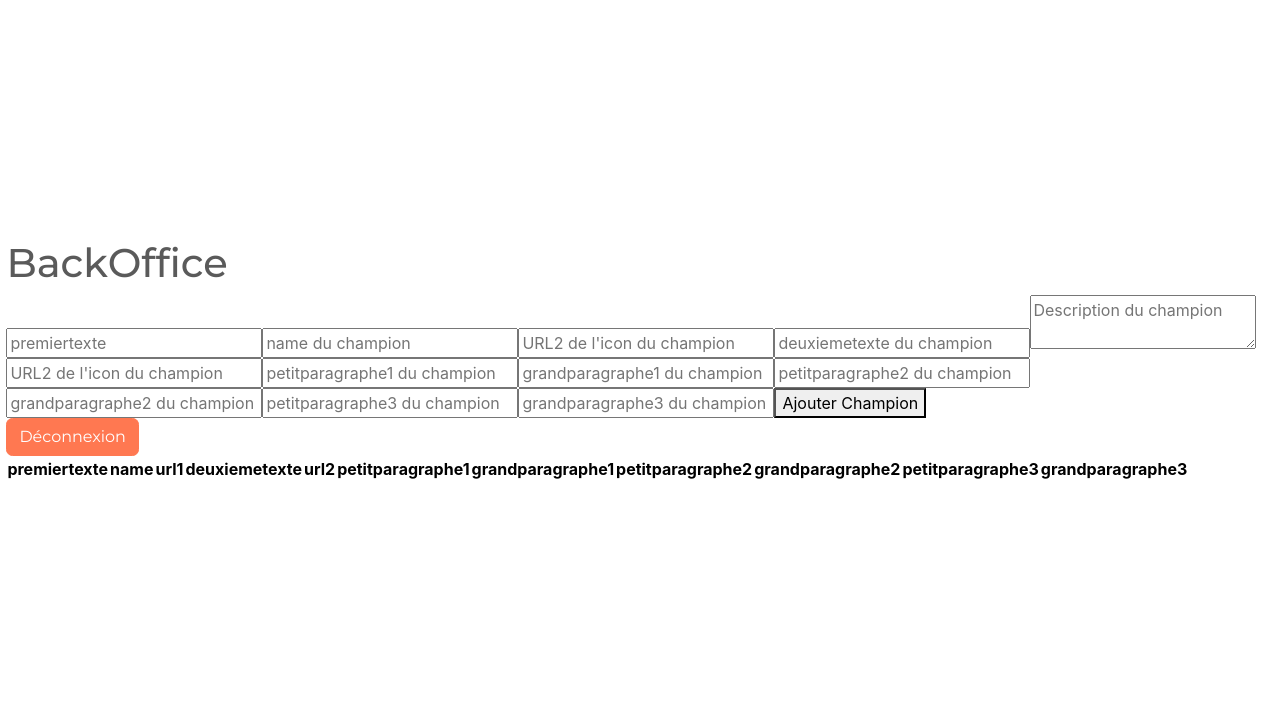
Repository: AdilGHAZAL/MosaiqueWebdoc
Page: /backoffice
These files come from the project's save history. The page is drawn as it stood at one moment and after the next save; the edit follows.
The browser window is 1280 px wide. The pictures show the whole page.
The page's requests for data from a server got no answer. Some web fonts or font styles are not loaded; a fallback is used. Some web libraries are served in a nearby version. The project was rebuilt for these pictures with package versions that can differ from the ones it lists, and the page was loaded fresh each time. No one was signed in, and anything a server would have sent is missing. Also part of the build but not shown: vite.config.js, src/App.css, src/components/Navbar.css, src/components/Navbar.jsx, src/components/Athletes.css, src/components/Athletes.jsx, src/components/Athletes2.jsx, src/components/Athletes3.jsx and 18 more.

Above is the page before, as saved 2024-05-02 18:55:45.

### index.html
<!doctype html>
<html lang="en">
  <head>
    <meta charset="UTF-8" />
    <link rel="icon" type="image/svg+xml" href="./src/logos/logoMosaique.svg" />
    <meta name="viewport" content="width=device-width, initial-scale=1.0" />
    <title>Mosaique</title>
    <link rel="preconnect" href="https://fonts.googleapis.com">
<link rel="preconnect" href="https://fonts.gstatic.com" crossorigin>
<link href="https://fonts.googleapis.com/css2?family=Mina:wght@400;700&display=swap" rel="stylesheet">
<link rel="stylesheet" href="https://cdn.jsdelivr.net/npm/bootswatch@4.5.2/dist/minty/bootstrap.min.css">
  </head>
  <body>
    <div id="root"></div>
    <script type="module" src="/src/main.jsx"></script>
  </body>
</html>

### src/App.jsx
// App.jsx
import React from 'react';
import { BrowserRouter as Router, Routes, Route} from 'react-router-dom';
import './App.css'; // Import the CSS file
import HomePage from './components/HomePage';
import Athlete1 from './Athelete1/Athlete1'; // Import the NouvellePage component
import LoginScreen from './LoginScreen';
import MainView from './backoffice';
import TrainingPage from './TrainingPage';
const App = () => {
    return (
        <Router>

                <Routes>
                    <Route path="/" element={<HomePage/>} />
                    <Route path="/Athlete1" element={<Athlete1/>} />
                    <Route path="/login" element={<LoginScreen/>  }/>
                    <Route path='/backoffice'element={<MainView/>}/>
                </Routes>

        </Router>
    );
};

export default App;

### src/index.css
:root {
  --rose: #E9257F

}

### src/backoffice.jsx
import React, { useState, useEffect } from 'react';
import { getFirestore, collection, addDoc, getDocs, deleteDoc, doc, updateDoc } from "firebase/firestore";
import { getAuth, signOut } from "firebase/auth";
import "./firebaseConfig"

export default function MainView() {
  const [champions, setChampions] = useState([]);
  const [championData, setChampionData] = useState({
    premiertexte: '',
    name: '',
    url1: '',
    deuxiemetexte: '',
    url2: '',
    petitparagraphe1: '',
    grandparagraphe1: '',
    petitparagraphe2: '',
    grandparagraphe2: '',
    petitparagraphe3: '',
    grandparagraphe3: '',
  });
  const [editingChampionId, setEditingChampionId] = useState(null);
  const auth = getAuth();
  const firestore = getFirestore();

  useEffect(() => {
    const fetchChampions = async () => {
      const championsSnapshot = await getDocs(collection(firestore, "champions"));
      const championsData = championsSnapshot.docs.map(doc => ({ id: doc.id, ...doc.data() }));
      setChampions(championsData);
    };

    fetchChampions();
  }, [firestore]);

  const handleInputChange = (e) => {
    const { name, value } = e.target;
    setChampionData({ ...championData, [name]: value });
  };

  const handleAddChampion = async (e) => {
    e.preventDefault();
    try {
      await addDoc(collection(firestore, "champions"), championData);
      console.log("Champion ajouté avec succès");
      // Réinitialiser les données du champion après l'ajout réussi
      setChampionData({
        premiertexte: '',
    name: '',
    url1: '',
    deuxiemetexte: '',
    url2: '',
    petitparagraphe1: '',
    grandparagraphe1: '',
    petitparagraphe2: '',
    grandparagraphe2: '',
    petitparagraphe3: '',
    grandparagraphe3: '',
      });
    } catch (error) {
      console.error("Erreur lors de l'ajout du champion :", error);
    }
  };


  const handleEditChampion = (champion) => {
    setEditingChampionId(champion.id);
    setChampionData({
        premiertexte: champion.premiertexte,
    name: champion.name,
    url1: champion.url1,
    deuxiemetexte: champion.deuxiemetexte,
    url2: champion.url2,
    petitparagraphe1: champion.petitparagraphe1,
    grandparagraphe1: champion.grandparagraphe1,
    petitparagraphe2: champion.petitparagraphe2,
    grandparagraphe2: champion.grandparagraphe2,
    petitparagraphe3: champion.petitparagraphe3,
    grandparagraphe3: champion.grandparagraphe3,
    });
  };

  const handleUpdateChampion = async () => {
    try {
      await updateDoc(doc(firestore, "champions", editingChampionId), {
        premiertexte: championData.premiertexte,
    name: championData.name,
    url1: championData.url1,
    deuxiemetexte: championData.deuxiemetexte,
    url2: championData.url2,
    petitparagraphe1: championData.petitparagraphe1,
    grandparagraphe1: championData.grandparagraphe1,
    petitparagraphe2: championData.petitparagraphe2,
    grandparagraphe2: championData.grandparagraphe2,
    petitparagraphe3: championData.petitparagraphe3,
    grandparagraphe3: championData.grandparagraphe3,
      });
      console.log("Champion mis à jour avec succès");
      // Mettre à jour le tableau des champions après la mise à jour
      const updatedChampions = champions.map(champion => {
        if (champion.id === editingChampionId) {
          return {
            ...champion,
            premiertexte: championData.premiertexte,
    name: championData.name,
    url1: championData.url1,
    deuxiemetexte: championData.deuxiemetexte,
    url2: championData.url2,
    petitparagraphe1: championData.petitparagraphe1,
    grandparagraphe1: championData.grandparagraphe1,
    petitparagraphe2: championData.petitparagraphe2,
    grandparagraphe2: championData.grandparagraphe2,
    petitparagraphe3: championData.petitparagraphe3,
    grandparagraphe3: championData.grandparagraphe3,
          };
        }
        return champion;
      });
      setChampions(updatedChampions);
      // Réinitialiser les données du champion après la mise à jour réussie
      setChampionData({
        premiertexte: '',
    name: '',
    url1: '',
    deuxiemetexte: '',
    url2: '',
    petitparagraphe1: '',
    grandparagraphe1: '',
    petitparagraphe2: '',
    grandparagraphe2: '',
    petitparagraphe3: '',
    grandparagraphe3: '',
      });
      setEditingChampionId(null);
    } catch (error) {
      console.error("Erreur lors de la mise à jour du champion :", error);
    }
  };

  const handleDeleteChampion = async (id) => {
    try {
      await deleteDoc(doc(firestore, "champions", id));
      console.log("Champion supprimé avec succès");
      // Mettre à jour la liste des champions après la suppression
      setChampions(champions.filter(champion => champion.id !== id));
    } catch (error) {
      console.error("Erreur lors de la suppression du champion :", error);
    }
  };

  const handleSignOut = () => {
    signOut(auth)
      .then(() => {
        console.log("Déconnexion réussie");
        // Naviguer vers la pweight de connexion après la déconnexion
      })
      .catch((error) => {
        console.error("Erreur lors de la déconnexion :", error);
      });
  };

  return (
    <>
    <div style={{width:'99vw'}}>
      <h1>BackOffice</h1>
      <form onSubmit={editingChampionId ? handleUpdateChampion : handleAddChampion}>
        <input type="text" name="premiertexte" value={championData.premiertexte} onChange={handleInputChange} placeholder="premiertexte" required />
        <input type="text" name="name" value={championData.name} onChange={handleInputChange} placeholder="name du champion" required />
        <input type="url" name="url1" value={championData.url1} onChange={handleInputChange} placeholder="URL2 de l'icon du champion" required />
        <input type="text" name="deuxiemetexte" value={championData.deuxiemetexte} onChange={handleInputChange} placeholder="deuxiemetexte du champion" required />
        <textarea name="description" value={championData.description} onChange={handleInputChange} placeholder="Description du champion" required />
        <input type="url" name="url2" value={championData.url2} onChange={handleInputChange} placeholder="URL2 de l'icon du champion" />
        <input type="text" name="petitparagraphe1" value={championData.petitparagraphe1} onChange={handleInputChange} placeholder="petitparagraphe1 du champion" required />
        <input type="text" name="grandparagraphe1" value={championData.grandparagraphe1} onChange={handleInputChange} placeholder="grandparagraphe1 du champion" required />
        <input type="text" name="petitparagraphe2" value={championData.petitparagraphe2} onChange={handleInputChange} placeholder="petitparagraphe2 du champion" required />
        <input type="text" name="grandparagraphe2" value={championData.grandparagraphe2} onChange={handleInputChange} placeholder="grandparagraphe2 du champion" required />
        <input type="text" name="petitparagraphe3" value={championData.petitparagraphe3} onChange={handleInputChange} placeholder="petitparagraphe3 du champion" required />
        <input type="text" name="grandparagraphe3" value={championData.grandparagraphe3} onChange={handleInputChange} placeholder="grandparagraphe3 du champion" required />
        <button type="submit">{editingChampionId ? "Mettre à jour Champion" : "Ajouter Champion"}</button>
      </form>
      <button className='btn btn-danger' title='Déconnexion' onClick={handleSignOut}>Déconnexion</button>

      <table>
        <thead>
          <tr>
          <th>premiertexte</th>
            <th>name</th>
            <th>url1</th>
            <th>deuxiemetexte</th>
            <th>url2</th>
            <th>petitparagraphe1</th>
            <th>grandparagraphe1</th>
            <th>petitparagraphe2</th>
            <th>grandparagraphe2</th>
            <th>petitparagraphe3</th>
            <th>grandparagraphe3</th>
          </tr>
        </thead>
        <tbody>
          {champions.map((champion) => (
            <tr key={champion.id}>
              <td>{champion.premiertexte}</td>
              <td>{champion.name}</td>
              <td>{champion.url1}</td>
              <td>{champion.deuxiemetexte}</td>
              <td>{champion.url2}</td>
              <td>{champion.petitparagraphe1}</td>
              <td>{champion.grandparagraphe1}</td>
              <td>{champion.petitparagraphe2}</td>
              <td>{champion.grandparagraphe2}</td>
              <td>{champion.petitparagraphe3}</td>
              <td>{champion.grandparagraphe3}</td>
              <td>
                <button onClick={() => handleDeleteChampion(champion.id)}>Supprimer</button>
                <button onClick={() => handleEditChampion(champion)}>Modifier</button>
              </td>
            </tr>
          ))}
        </tbody>
      </table>
      </div>
    </>
  );
}

### src/components/HomePage.css
/* App.css */
body {
    margin: 0;
    background-color: #ffffff;
    color: #000000;
    display: flex;
    flex-direction: column;
    align-items: center;
    justify-content: center;
    min-height: 100vh;

  }

  .app-container {
      font-family: "SF Pro Display-Medium", Helvetica;
    width: 100vw;
    height: 100%;
    min-height: 100vh;
    /*  background-image: url('./assets/ub1.png');*/
    display: flex;
    flex-direction: column;
    margin: auto;
    background-color: #ffffff;
  }

  .main-title {
    font-family: 'SF Pro Display', sans-serif;
    font-size: 70px;
    font-weight: 500;
    line-height: 83.54px;
    text-align: center;
    margin-top: 100px;
  }

  .bold-text {
    font-weight: 700;
  }

  .content {
    padding: 20px;
    width: 100%;
    max-width: 1200px;
    margin: auto;

  }

  .UBimage {
    width: auto;
  }

  .bottom-text {
    font-size: 18px;
    text-align: center;
    margin-top: 30px;
  }
  .scroll-reveal > * {
    /* text-align: justify; */
    display: inline;
    color:hsl(0deg 22.14% 64.8% / 20%);
    font-size: 60px;
    font-weight: 500;
    background-clip: text;
    background-repeat: no-repeat;
    background-size: 0% 100%;
    background-image: linear-gradient( #E9257F, #ce1f71 );
    animation: scroll-reveal linear forwards;
    animation-timeline: view();
  }

  .scroll-text {

    text-align: justify;
  }
  @keyframes scroll-reveal {
    to {
      background-size: 100% 100%;
    }
  }
  .scroll-reveal p {
    /* font-family: SF Pro Display; */


  }

  .scrollPhotos {
    display: flex;
    justify-content: flex-start; /* Align photos to the maximum left */
    width: 100%;
    overflow-x: auto; /* Enable horizontal scrolling if photos exceed container width */
    padding: 20px 0; /* Optional padding */
  }

### src/firebaseConfig.jsx
// Import the functions you need from the SDKs you need
import { initializeApp } from "firebase/app";
import { getAuth } from "firebase/auth";
import { getFirestore } from "firebase/firestore";
// TODO: Add SDKs for Firebase products that you want to use
// https://firebase.google.com/docs/web/setup#available-libraries

// Your web app's Firebase configuration
const firebaseConfig = {
  apiKey: "AIzaSyAUMnE3uMe61y8NbS4tX2Nn4PoW8VoGS0U",
  authDomain: "webdoc-a4a03.firebaseapp.com",
  projectId: "webdoc-a4a03",
  storageBucket: "webdoc-a4a03.appspot.com",
  messagingSenderId: "931293814028",
  appId: "1:931293814028:web:5bc01cfec675ae5bf27d29"
};

// Initialize Firebase
export const FIREBASE_APP = initializeApp(firebaseConfig);
export const FIREBASE_AUTH=getAuth(FIREBASE_APP)
export const db=getFirestore(FIREBASE_APP)

Loaded but not shown: src/main.jsx (common file)

After the next save:
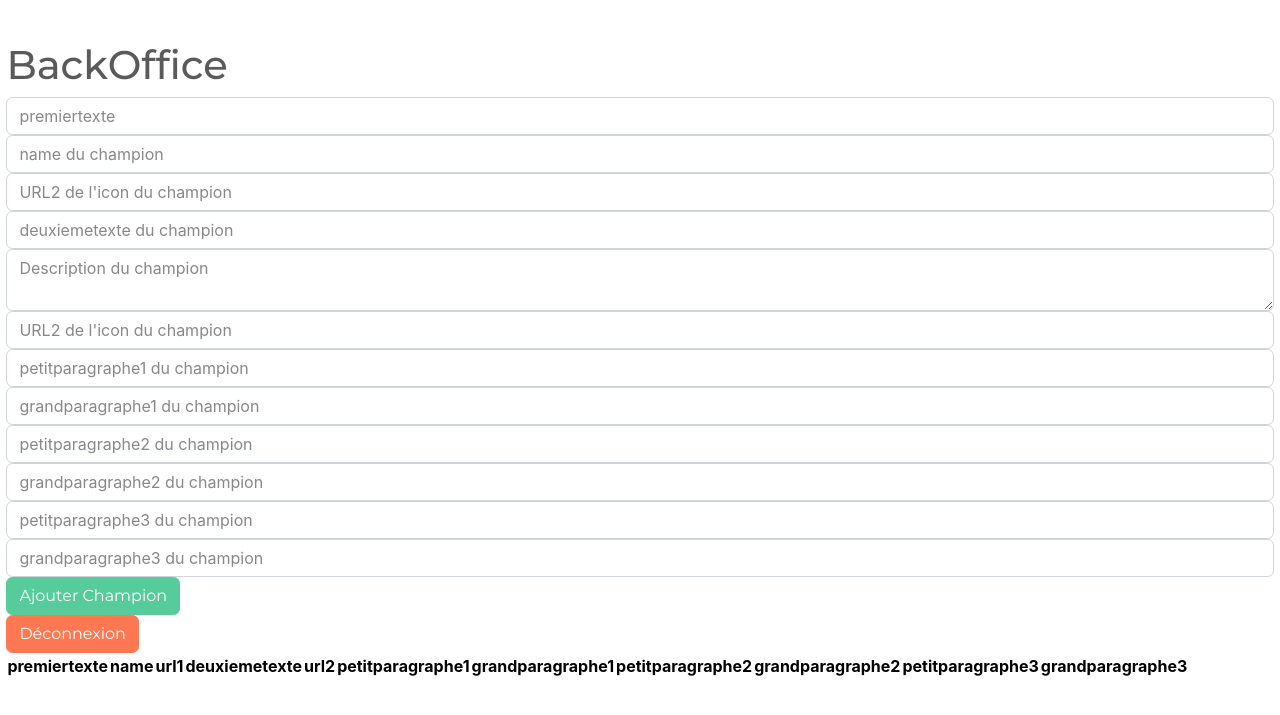
Saved 2 min 1 s later.
--- a/src/backoffice.jsx
+++ b/src/backoffice.jsx
@@ -163,19 +163,19 @@ export default function MainView() {
     <div style={{width:'99vw'}}>
       <h1>BackOffice</h1>
       <form onSubmit={editingChampionId ? handleUpdateChampion : handleAddChampion}>
-        <input type="text" name="premiertexte" value={championData.premiertexte} onChange={handleInputChange} placeholder="premiertexte" required />
-        <input type="text" name="name" value={championData.name} onChange={handleInputChange} placeholder="name du champion" required />
-        <input type="url" name="url1" value={championData.url1} onChange={handleInputChange} placeholder="URL2 de l'icon du champion" required />
-        <input type="text" name="deuxiemetexte" value={championData.deuxiemetexte} onChange={handleInputChange} placeholder="deuxiemetexte du champion" required />
-        <textarea name="description" value={championData.description} onChange={handleInputChange} placeholder="Description du champion" required />
-        <input type="url" name="url2" value={championData.url2} onChange={handleInputChange} placeholder="URL2 de l'icon du champion" />
-        <input type="text" name="petitparagraphe1" value={championData.petitparagraphe1} onChange={handleInputChange} placeholder="petitparagraphe1 du champion" required />
-        <input type="text" name="grandparagraphe1" value={championData.grandparagraphe1} onChange={handleInputChange} placeholder="grandparagraphe1 du champion" required />
-        <input type="text" name="petitparagraphe2" value={championData.petitparagraphe2} onChange={handleInputChange} placeholder="petitparagraphe2 du champion" required />
-        <input type="text" name="grandparagraphe2" value={championData.grandparagraphe2} onChange={handleInputChange} placeholder="grandparagraphe2 du champion" required />
-        <input type="text" name="petitparagraphe3" value={championData.petitparagraphe3} onChange={handleInputChange} placeholder="petitparagraphe3 du champion" required />
-        <input type="text" name="grandparagraphe3" value={championData.grandparagraphe3} onChange={handleInputChange} placeholder="grandparagraphe3 du champion" required />
-        <button type="submit">{editingChampionId ? "Mettre à jour Champion" : "Ajouter Champion"}</button>
+        <input className='form-control' type="text" name="premiertexte" value={championData.premiertexte} onChange={handleInputChange} placeholder="premiertexte" required />
+        <input className='form-control' type="text" name="name" value={championData.name} onChange={handleInputChange} placeholder="name du champion" required />
+        <input className='form-control' type="url" name="url1" value={championData.url1} onChange={handleInputChange} placeholder="URL2 de l'icon du champion" required />
+        <input className='form-control' type="text" name="deuxiemetexte" value={championData.deuxiemetexte} onChange={handleInputChange} placeholder="deuxiemetexte du champion" required />
+        <textarea className='form-control' name="description" value={championData.description} onChange={handleInputChange} placeholder="Description du champion" required />
+        <input className='form-control' type="url" name="url2" value={championData.url2} onChange={handleInputChange} placeholder="URL2 de l'icon du champion" />
+        <input className='form-control' type="text" name="petitparagraphe1" value={championData.petitparagraphe1} onChange={handleInputChange} placeholder="petitparagraphe1 du champion" required />
+        <input className='form-control' type="text" name="grandparagraphe1" value={championData.grandparagraphe1} onChange={handleInputChange} placeholder="grandparagraphe1 du champion" required />
+        <input className='form-control' type="text" name="petitparagraphe2" value={championData.petitparagraphe2} onChange={handleInputChange} placeholder="petitparagraphe2 du champion" required />
+        <input className='form-control' type="text" name="grandparagraphe2" value={championData.grandparagraphe2} onChange={handleInputChange} placeholder="grandparagraphe2 du champion" required />
+        <input className='form-control' type="text" name="petitparagraphe3" value={championData.petitparagraphe3} onChange={handleInputChange} placeholder="petitparagraphe3 du champion" required />
+        <input className='form-control' type="text" name="grandparagraphe3" value={championData.grandparagraphe3} onChange={handleInputChange} placeholder="grandparagraphe3 du champion" required />
+        <button className='btn btn-success' type="submit">{editingChampionId ? "Mettre à jour Champion" : "Ajouter Champion"}</button>
       </form>
       <button className='btn btn-danger' title='Déconnexion' onClick={handleSignOut}>Déconnexion</button>
 
